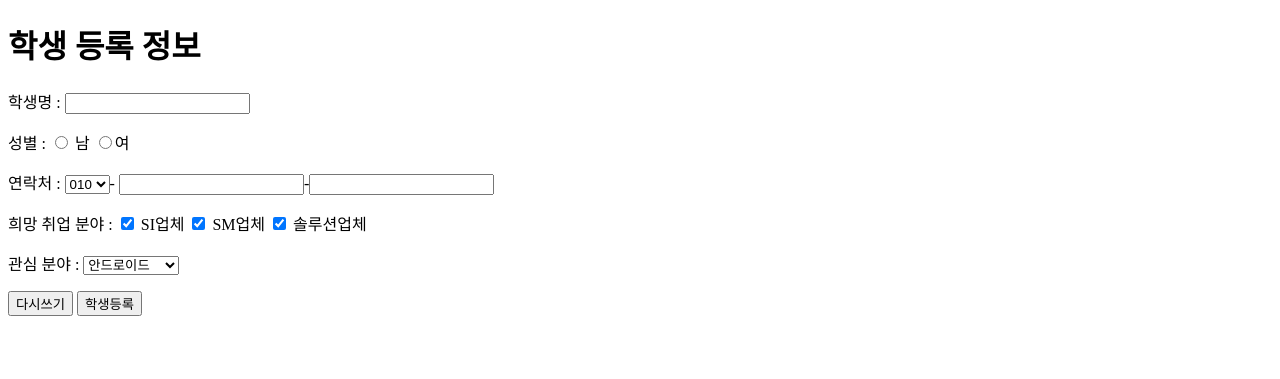
Repository: lopanghub/git_study
Page: http://localhost/JSPStudyCh04Exam/jspFormData02.jsp
These files come from the project's save history. The page is drawn as it stood at one moment and after the next save; the edit follows.
The browser window is 1280 px wide. The pictures show the whole page.
The page is served by Tomcat 9.

Above is the page before, as saved 2024-04-05 07:48:30.

After the next save:
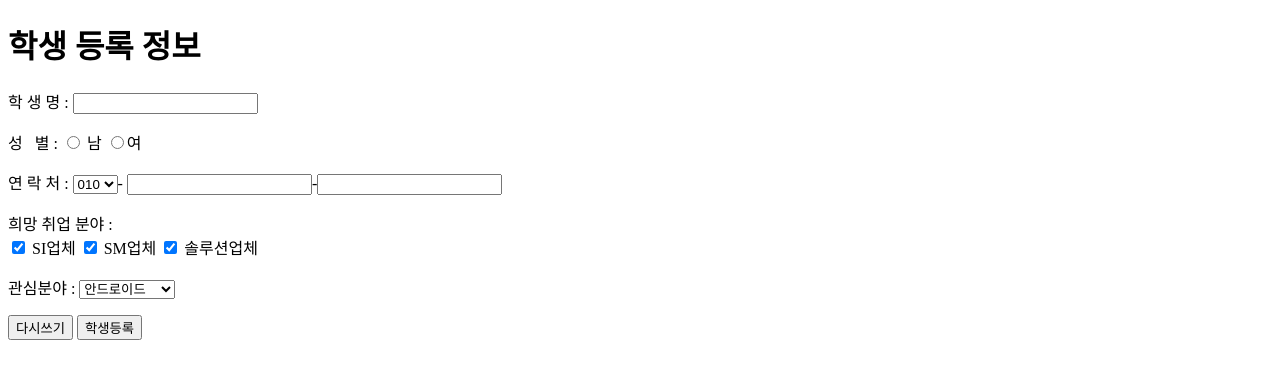
Saved 2 min 13 s later.
--- a/JSPStudy/JSPStudyCh04Exam/src/main/webapp/jspFormData02.jsp
+++ b/JSPStudy/JSPStudyCh04Exam/src/main/webapp/jspFormData02.jsp
@@ -10,25 +10,25 @@
 	<h1>학생 등록 정보</h1>
 	<form>
 		<p>
-			학생명 : <input type="text" name="name" />
+			학&nbsp;생&nbsp;명 : <input type="text" name="name" />
 		</p>
 		<p>
-			성별 : <input type="radio" name="gender" value="male" /> 남 <input
+			성&nbsp;&nbsp;&nbsp;별 : <input type="radio" name="gender" value="male" /> 남 <input
 				type="radio" name="gender" value="female" />여
 		</p>
 		<p>
-			연락처 : <select>
+			연&nbsp;락&nbsp;처 : <select>
 				<option>010</option>
 				<option>011</option>
 			</select>- <input type="tel" name="tel" />-<input type="tel" name="tel" />
 		</p>
 		<p>
-			희망 취업 분야 : <input type="checkbox" name="SI" checked /> SI업체 <input
+			희망 취업 분야 : <br><input type="checkbox" name="SI" checked /> SI업체 <input
 				type="checkbox" name="SM" checked /> SM업체 <input type="checkbox"
 				name="Solution" checked /> 솔루션업체
 		</p>
 		<p>
-			관심 분야 : <select>
+			관심분야 : <select>
 				<option selected>안드로이드</option>
 				<option>자바스크립트</option>
 				<option>스프링</option>
